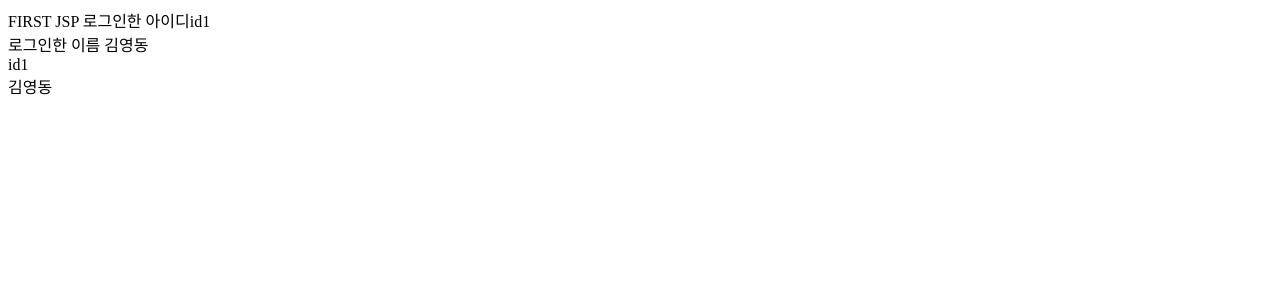
Repository: phoresis92/KITRI_JSP
Page: http://localhost/eljstl2/first.do
The author's editor kept a copy of each file at every save. The page is drawn from the files as they stood at one save, then again after the next save.
The browser window is 1280 px wide. The pictures show the whole page.
The page is served by Tomcat 9. Other server files are loaded and not shown.

Above is the page before, as saved 2018-12-20 04:28:22.

### JSP_workspace/eljstl2/WebContent/first.jsp
<%@ page language="java" contentType="text/html; charset=UTF-8" %>
<!DOCTYPE html>
<html>
<head>
<meta charset="UTF-8">
<title>Insert title here</title>
</head>
<body>
	FIRST JSP
	<%
	String loginId =
		(String)request.getAttribute("loginId");
	String loginName =
		(String)request.getAttribute("loginName");
	%>
	로그인한 아이디<%= loginId %> <br/>
	로그인한 이름 <%= loginName %> <br/>

	${ loginId } <br/>
	${ loginName } <br/>
</body>
</html>

### JSP_workspace/eljstl2/src/control/FirstServlet.java
package control;

import java.io.IOException;
import javax.servlet.ServletException;
import javax.servlet.http.HttpServlet;
import javax.servlet.http.HttpServletRequest;
import javax.servlet.http.HttpServletResponse;
import javax.servlet.RequestDispatcher;

public class FirstServlet extends HttpServlet {
	private static final long serialVersionUID = 1L;

	protected void doGet(HttpServletRequest req, HttpServletResponse resp) throws ServletException, IOException {
		req.setAttribute("loginId", "id1");
		req.setAttribute("loginName", "김영동");

		String path = "first.jsp";
		RequestDispatcher rd = req.getRequestDispatcher(path);
		rd.forward(req, resp);
	}

}

After the next save:
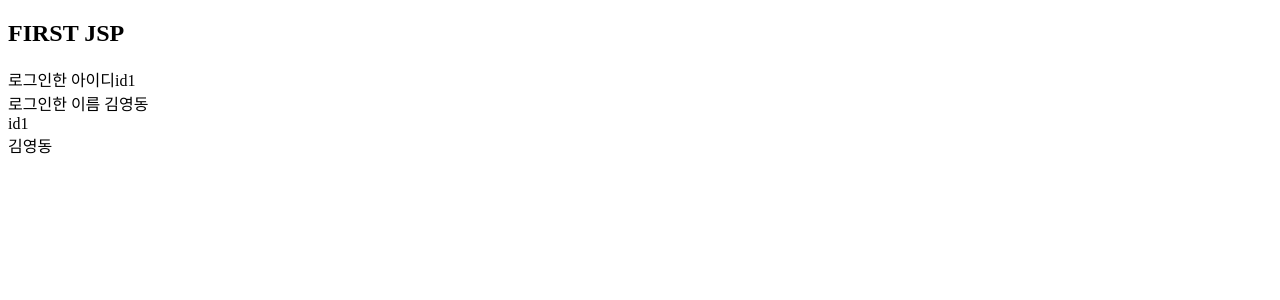
Saved 23 s later.
--- a/JSP_workspace/eljstl2/WebContent/first.jsp
+++ b/JSP_workspace/eljstl2/WebContent/first.jsp
@@ -6,7 +6,7 @@
 <title>Insert title here</title>
 </head>
 <body>
-	FIRST JSP
+	<h2>FIRST JSP</h2>
 	<%
 	String loginId =
 		(String)request.getAttribute("loginId");
